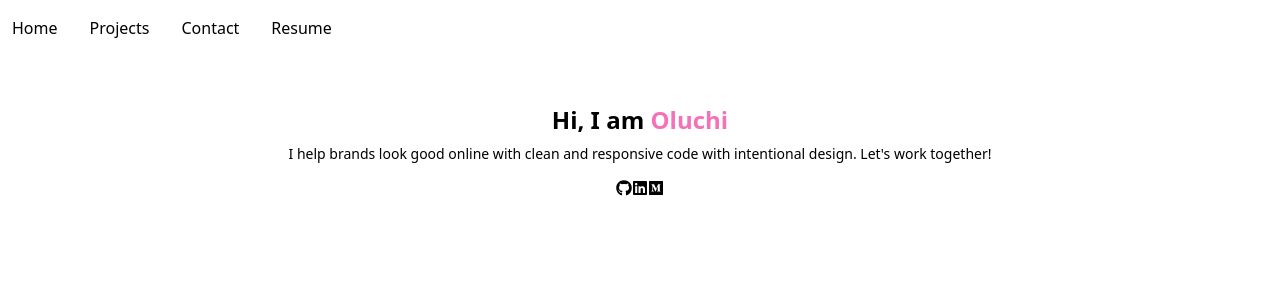
Repository: ooluchi/portfolio_
Page: / (app in my-react-app/)
These files come from the project's save history. The page is drawn as it stood at one moment and after the next save; the edit follows.
The browser window is 1280 px wide. The pictures show the whole page.
The project was rebuilt for these pictures with package versions that can differ from the ones it lists, and the page was loaded fresh each time. Also part of the build but not shown: my-react-app/vite.config.ts.

Above is the page before, as saved 2025-11-20 12:18:44.

After the next save:
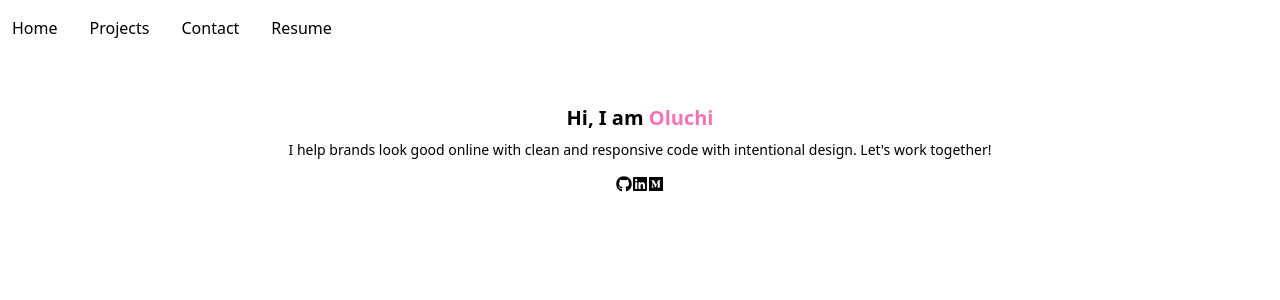
Saved 7 s later.
--- a/my-react-app/src/components/Home.tsx
+++ b/my-react-app/src/components/Home.tsx
@@ -8,7 +8,7 @@ export default function Home() {
     <div>
 
       <div className="text-center ">
-        <h1 className="font-semibold mt-12 text-2xl">Hi, I am <span className="text-pink-400">Oluchi</span></h1>
+        <h1 className="font-semibold mt-12 text-xl">Hi, I am <span className="text-pink-400">Oluchi</span></h1>
         <div className="mt-2 text-sm">
           <p>I help brands look good online with clean and responsive code with intentional design. Let's work together!</p>
         </div>
